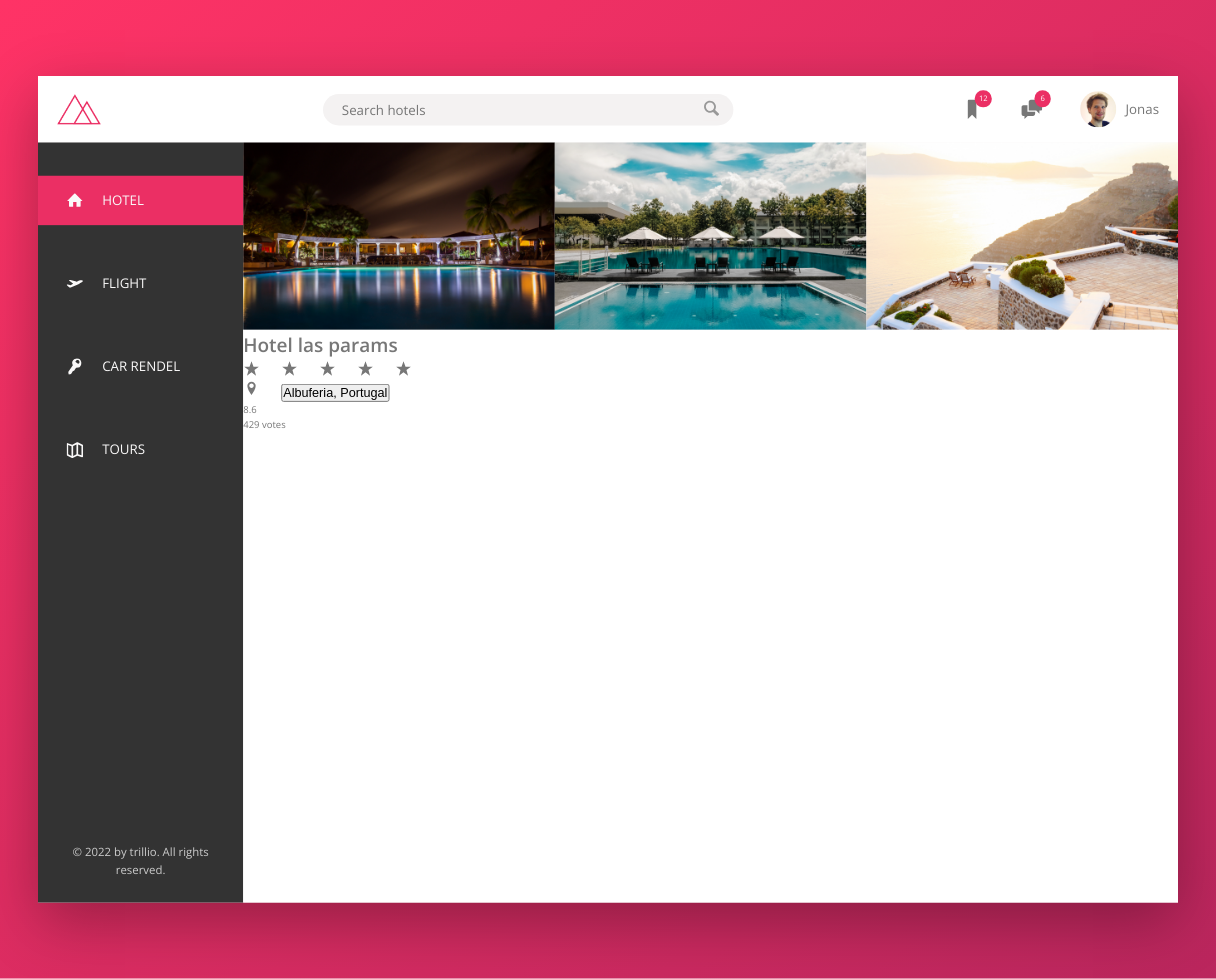
Repository: mohamediyas/flex_website
Page: index.html
These files come from the project's save history. The page is drawn as it stood at one moment and after the next save; the edit follows.
The browser window is 1280 px wide. The pictures show the whole page, at 95% of full size.
The style sheet was rebuilt from its Sass, Less or Tailwind sources for each picture, by a compiler version that may differ from the author's.

Above is the page before, as saved 2022-08-06 12:46:08.

### index.html
<!DOCTYPE html>
<html lang="en">
  <head>
    <meta charset="UTF-8" />
    <meta name="viewport" content="width=device-width, initial-scale=1.0" />
    <meta http-equiv="X-UA-Compatible" content="ie=edge" />

    <link
      href="https://fonts.googleapis.com/css?family=Open+Sans:300,400,600"
      rel="stylesheet"
    />
    <link rel="stylesheet" href="css/style.css" />
    <link rel="shortcut icon" type="image/png" href="img/favicon.png" />

    <title>nexter &mdash; your home, your freedom</title>
  </head>
  <body>
    <div class="container">
      <header class="header">
        <img src="img/logo.png" alt="trilio logo" class="logo" />
        <form action="#" class="search">
          <input
            type="text"
            class="search__input"
            placeholder="Search hotels"
          />
          <button class="search__button">
            <svg class="search__icon">
              <use xlink:href="img/sprite.svg#icon-magnifying-glass"></use>
            </svg>
          </button>
        </form>

        <nav class="user-nav">
          <div class="user-nav__icon-box">
            <svg class="user-nav__icon">
              <use xlink:href="img/sprite.svg#icon-bookmark"></use>
            </svg>
            <span class="user-nav__notification">12</span>
          </div>
          <div class="user-nav__icon-box">
            <svg class="user-nav__icon">
              <use xlink:href="img/sprite.svg#icon-chat"></use>
            </svg>
            <span class="user-nav__notification">6</span>
          </div>
          <div class="user-nav__user">
            <img
              src="img/user.jpg"
              alt="user image"
              class="user-nav__user-photo"
            />
            <span class="user-nav__user-name">Jonas</span>
          </div>
        </nav>
      </header>
      <div class="content">
        <nav class="sidebar">
          <ul class="side-nav">
            <li class="side-nav__item side-nav__item--active">
              <a href="#" class="side-nav__link">
                <svg class="side-nav__icon">
                  <use xlink:href="img/sprite.svg#icon-home"></use>
                </svg>
                <span>Hotel</span>
              </a>
            </li>
            <li class="side-nav__item">
              <a href="#" class="side-nav__link">
                <svg class="side-nav__icon">
                  <use xlink:href="img/sprite.svg#icon-aircraft-take-off"></use>
                </svg>
                <span>Flight</span>
              </a>
            </li>
            <li class="side-nav__item">
              <a href="#" class="side-nav__link">
                <svg class="side-nav__icon">
                  <use xlink:href="img/sprite.svg#icon-key"></use>
                </svg>
                <span>Car Rendel</span>
              </a>
            </li>
            <li class="side-nav__item">
              <a href="#" class="side-nav__link">
                <svg class="side-nav__icon">
                  <use xlink:href="img/sprite.svg#icon-map"></use>
                </svg>
                <span>Tours</span>
              </a>
            </li>
          </ul>
          <div class="legal">&copy; 2022 by trillio. All rights reserved.</div>
        </nav>
        <main class="hotel">
          <div class="gallery">
            <figure class="gallery__item">
              <img
                src="img/hotel-1.jpg"
                aria-label="home photot"
                alt=""
                class="gallery__photo"
              />
            </figure>

            <figure class="gallery__item">
              <img
                src="img/hotel-2.jpg"
                aria-label="home photot"
                alt=""
                class="gallery__photo"
              />
            </figure>

            <figure class="gallery__item">
              <img
                src="img/hotel-3.jpg"
                aria-label="home photot"
                alt=""
                class="gallery__photo"
              />
            </figure>
          </div>
          <div class="overview">
            <h1 class="overview__heading">Hotel las params</h1>
            <div class="overview__stars">
              <svg class="side-nav__icon">
                <use xlink:href="img/sprite.svg#icon-star"></use>
              </svg>
              <svg class="side-nav__icon">
                <use xlink:href="img/sprite.svg#icon-star"></use>
              </svg>
              <svg class="side-nav__icon">
                <use xlink:href="img/sprite.svg#icon-star"></use>
              </svg>
              <svg class="side-nav__icon">
                <use xlink:href="img/sprite.svg#icon-star"></use>
              </svg>
              <svg class="side-nav__icon">
                <use xlink:href="img/sprite.svg#icon-star"></use>
              </svg>
            </div>
            <div class="overview__location">
              <svg class="side-nav__icon">
                <use xlink:href="img/sprite.svg#icon-location-pin"></use>
              </svg>
              <button class="btn-inline">Albuferia, Portugal</button>
            </div>

            <div class="overview__rating">
              <div class="overview__rating-average">8.6</div>

              <div class="overview__rating-count">429 votes</div>
            </div>
          </div>
        </main>
      </div>
    </div>
  </body>
</html>

### sass/_base.scss
// COLOR VARIABLES

:root {
  --color-primary: #eb2f64;
  --color-primary-light: #ff3366;
  --color-primary-dark: #ba265d;

  --color-grey-light-1: #faf9f9;
  --color-grey-light-2: #f4f2f2;
  --color-grey-light-3: #f0eeee;
  --color-grey-light-4: #ccc;

  --color-grey-dark-1: #333;
  --color-grey-dark-2: #777;
  --color-grey-dark-3: #999;

  --shadow-dark: 0 2rem 6rem rgba(0, 0, 0, 0.3);
  --shadow-light: 0 2rem 5rem rgba(0, 0, 0, 0.06);

  --line: 1px solid var(--color-grey-light-2);
}

* {
  margin: 0;
  padding: 0;
}

*,
*::after,
*::before {
  box-sizing: inherit;
}

html {
  box-sizing: border-box;
  font-size: 62.5%;
}

body {
  background-image: linear-gradient(
    to right bottom,
    var(--color-primary-light),
    var(--color-primary-dark)
  );
  font-family: "Open Sans", sans-serif;
  font-weight: 400;
  line-height: 1.6;
  background-size: cover;
  background-repeat: no-repeat;
  min-height: 100vh;
  color: var(--color-grey-dark-2);
}

### sass/_components.scss
.logo {
  height: 3.25rem;
  margin-left: 2rem;
}

.search {
  flex: 0 0 40%;

  display: flex;
  justify-content: center;
  align-items: center;

  &__input {
    font-family: inherit;
    font-size: inherit;
    background-color: var(--color-grey-light-2);
    border: none;
    color: inherit;
    padding: 0.7rem 2rem;
    border-radius: 100px;
    width: 90%;
    transition: all 0.2s;
    margin-right: -3.25rem;
    &:focus {
      outline: none;
      width: 100%;
      background-color: var(--color-grey-light-3);
    }
  }

  &::-webkit-input-placeholder {
    font-weight: 100;
    color: var(--color-grey-light-4);
  }

  &__input:focus + &__button {
    background-color: var(--color-grey-light-3);
  }

  &__button {
    border: none;
    background-color: var(--color-grey-light-2);

    &:focus {
      outline: none;
    }

    &:active {
      transform: translateY(2px);
    }
  }

  &__icon {
    height: 2rem;
    width: 2rem;
    fill: var(--color-grey-dark-3);
  }
}

.user-nav {
  align-self: stretch;
  display: flex;
  align-items: center;

  & > * {
    padding: 0 2rem;
    cursor: pointer;
    height: 100%;
    display: flex;
    align-items: center;
  }

  & > *:hover {
    background-color: var(--color-grey-light-2);
  }

  &__icon-box {
    position: relative;
  }

  &__icon {
    height: 2.25rem;
    width: 2.25rem;
    fill: var(--color-grey-dark-2);
  }

  &__notification {
    font-size: 0.8rem;
    height: 1.75rem;
    width: 1.75rem;
    border-radius: 50%;
    background-color: var(--color-primary);
    color: #fff;
    position: absolute;
    top: 1.5rem;
    right: 1.1rem;
    display: flex;
    justify-content: center;
    align-items: center;
  }

  &__user {
  }

  &__user-photo {
    height: 3.75rem;
    border-radius: 50%;
    margin-right: 1rem;
  }

  &__user-name {
  }
}

// side navigation

.side-nav {
  font-size: 1.4rem;
  list-style: none;
  margin-top: 3.5rem;

  &__item {
    position: relative;

    &:not(:last-child) {
      margin-bottom: 3.5rem;
    }
  }

  &__item::before {
    content: "";
    position: absolute;
    top: 0;
    left: 0;
    height: 100%;
    width: 3px;
    background-color: var(--color-primary);
    transform: scaleY(0);
    transition: transform 0.2s, width 0.4s cubic-bezier(1, 0, 0, 1) 0.2s;
  }

  &__item:hover:before,
  &__item--active::before {
    transform: scaleY(1);
    width: 100%;
  }

  &__item:active:before {
    background-color: var(--color-primary-light);
  }

  &__link:link,
  &__link:visited {
    color: var(--color-grey-light-1);
    text-decoration: none;
    text-transform: uppercase;
    display: block;
    padding: 1.5rem 3rem;
    z-index: 10;
    position: relative;
    display: flex;
    align-items: center;
  }

  &__link:hover {
    color: white;
  }

  &__icon {
    width: 1.75rem;
    height: 1.75rem;
    margin-right: 2rem;
    fill: currentColor;
  }
}

.legal {
  font-size: 1.2rem;
  text-align: center;
  color: var(--color-grey-light-4);
  padding: 2.5rem;
}

.gallery {
  display: flex;

  &__photo {
    width: 100%;
    display: block;
  }
}

### sass/_layout.scss
.container {
  max-width: 120rem;
  margin: 8rem auto;
  background-color: var(--color-grey-light-2);
  box-shadow: var(--shadow-dark);
  min-height: 50rem;
}

.header {
  font-size: 1.4rem;
  height: 7rem;
  background-color: #fff;
  border-bottom: var(--color-grey-light-2);
  display: flex;
  justify-content: space-between;
  align-items: center;
}

.content {
  display: flex;
}

.sidebar {
  background-color: var(--color-grey-dark-1);
  flex: 0 0 18%;
  display: flex;
  flex-direction: column;
  justify-content: space-between;
}

.hotel {
  background-color: #fff;
  height: 80rem;
  flex: 1;
}

Loaded but not shown: sass/main.scss (common file)

After the next save:
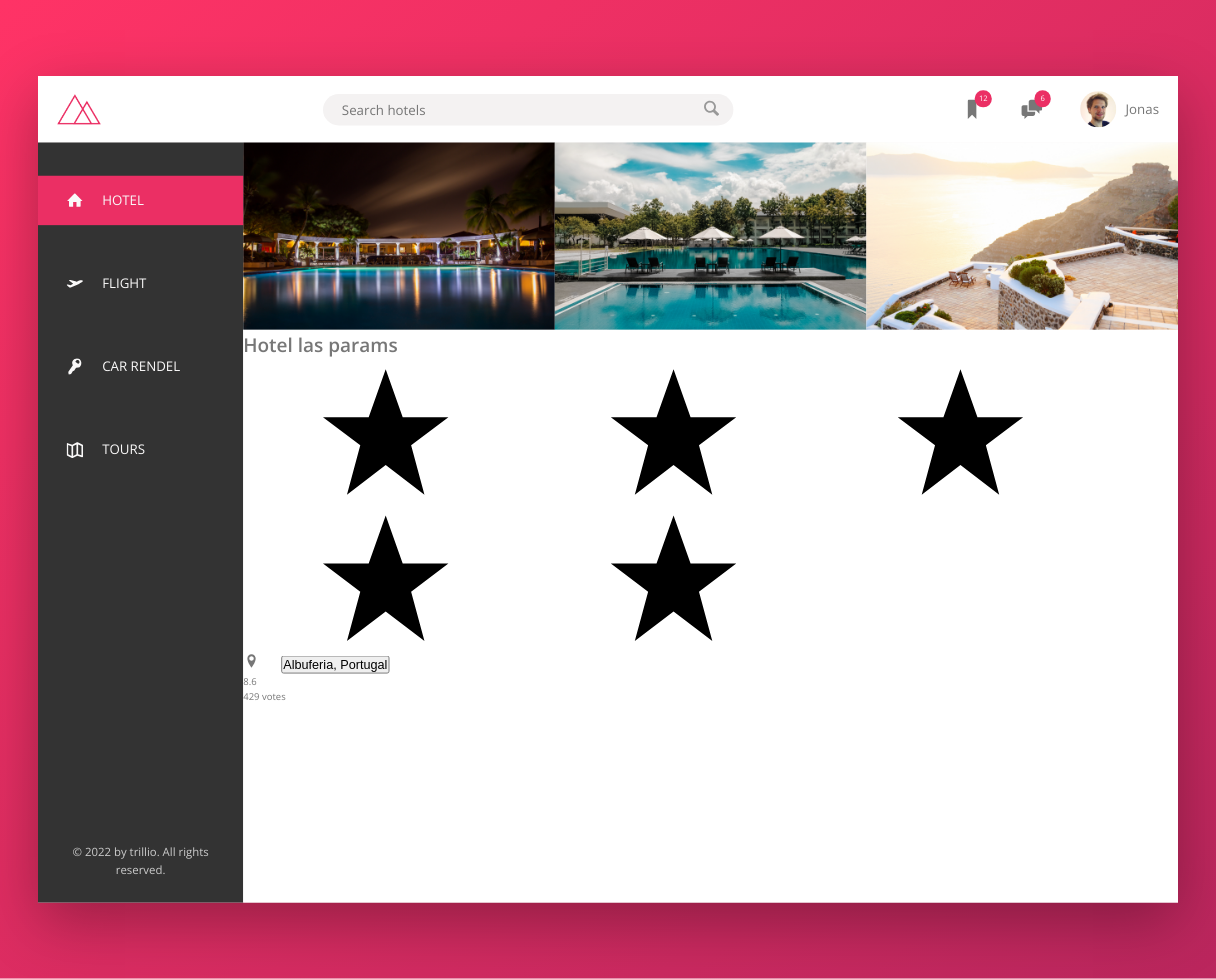
Saved 71 s later.
--- a/index.html
+++ b/index.html
@@ -124,19 +124,19 @@
           <div class="overview">
             <h1 class="overview__heading">Hotel las params</h1>
             <div class="overview__stars">
-              <svg class="side-nav__icon">
+              <svg class="overview__icon-star">
                 <use xlink:href="img/sprite.svg#icon-star"></use>
               </svg>
-              <svg class="side-nav__icon">
+              <svg class="overview__icon-star">
                 <use xlink:href="img/sprite.svg#icon-star"></use>
               </svg>
-              <svg class="side-nav__icon">
+              <svg class="overview__icon-star">
                 <use xlink:href="img/sprite.svg#icon-star"></use>
               </svg>
-              <svg class="side-nav__icon">
+              <svg class="overview__icon-star">
                 <use xlink:href="img/sprite.svg#icon-star"></use>
               </svg>
-              <svg class="side-nav__icon">
+              <svg class="overview__icon-star">
                 <use xlink:href="img/sprite.svg#icon-star"></use>
               </svg>
             </div>
